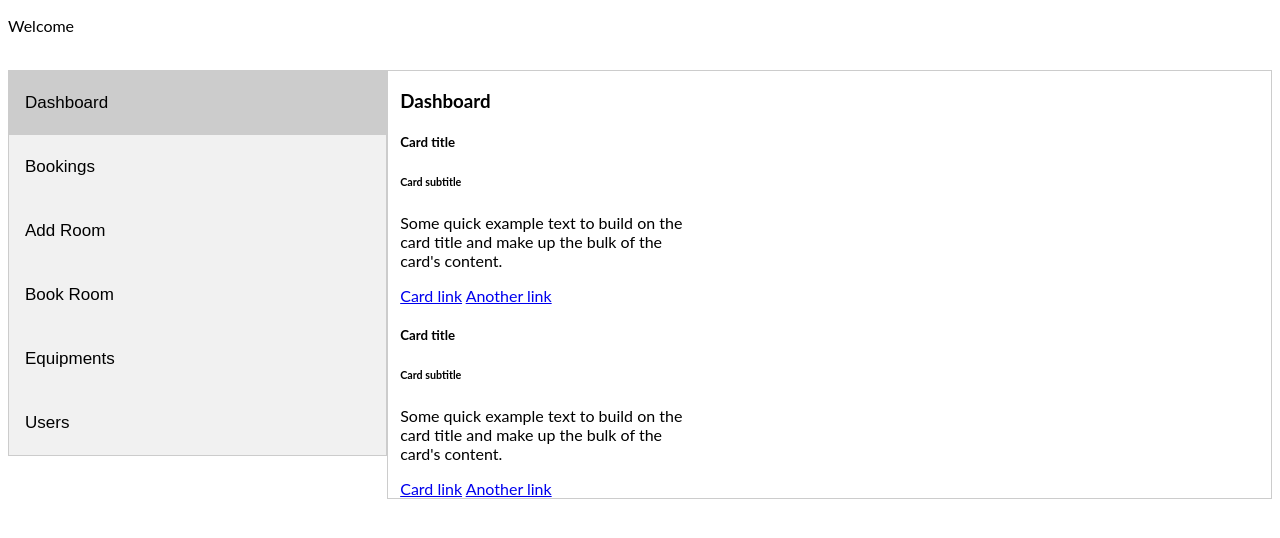
Repository: abhi608/visa_tutorial
Page: meetingroomapp/src/main/resources/static/dashboardView.html
An editor plug-in stored every save of this project. The page is shown before and after the next save, followed by the edit.
The browser window is 1280 px wide. The pictures show the whole page.

Above is the page before, as saved 2018-08-07 06:36:30.

After the next save:
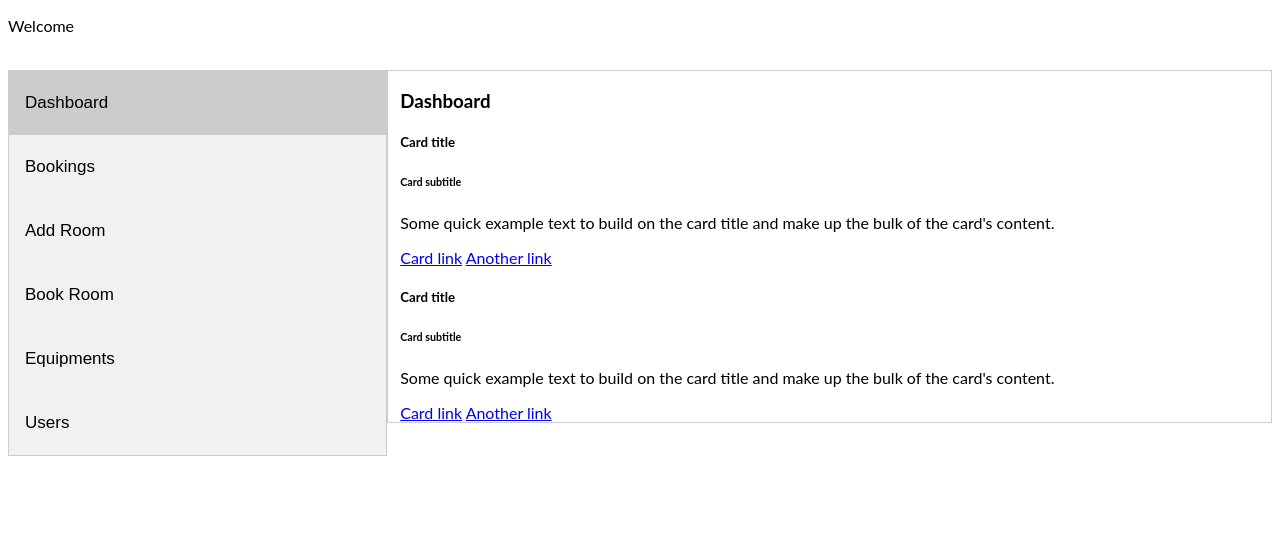
Saved 111 s later.
--- a/meetingroomapp/src/main/resources/static/dashboardView.html
+++ b/meetingroomapp/src/main/resources/static/dashboardView.html
@@ -70,7 +70,7 @@ body {font-family: "Lato", sans-serif;}
   <h3>Dashboard</h3>
   <div class="row">
   	<div clas="col-sm-4">
-	  	<div class="card col-sm-4" style="width: 18rem;">
+	  	<div class="card col-sm-4">
 		  <div class="card-body">
 		    <h5 class="card-title">Card title</h5>
 		    <h6 class="card-subtitle mb-2 text-muted">Card subtitle</h6>
@@ -82,7 +82,7 @@ body {font-family: "Lato", sans-serif;}
 	</div>
 
 	<div clas="col-sm-4">
-	  	<div class="card" style="width: 18rem;">
+	  	<div class="card">
 		  <div class="card-body">
 		    <h5 class="card-title">Card title</h5>
 		    <h6 class="card-subtitle mb-2 text-muted">Card subtitle</h6>
